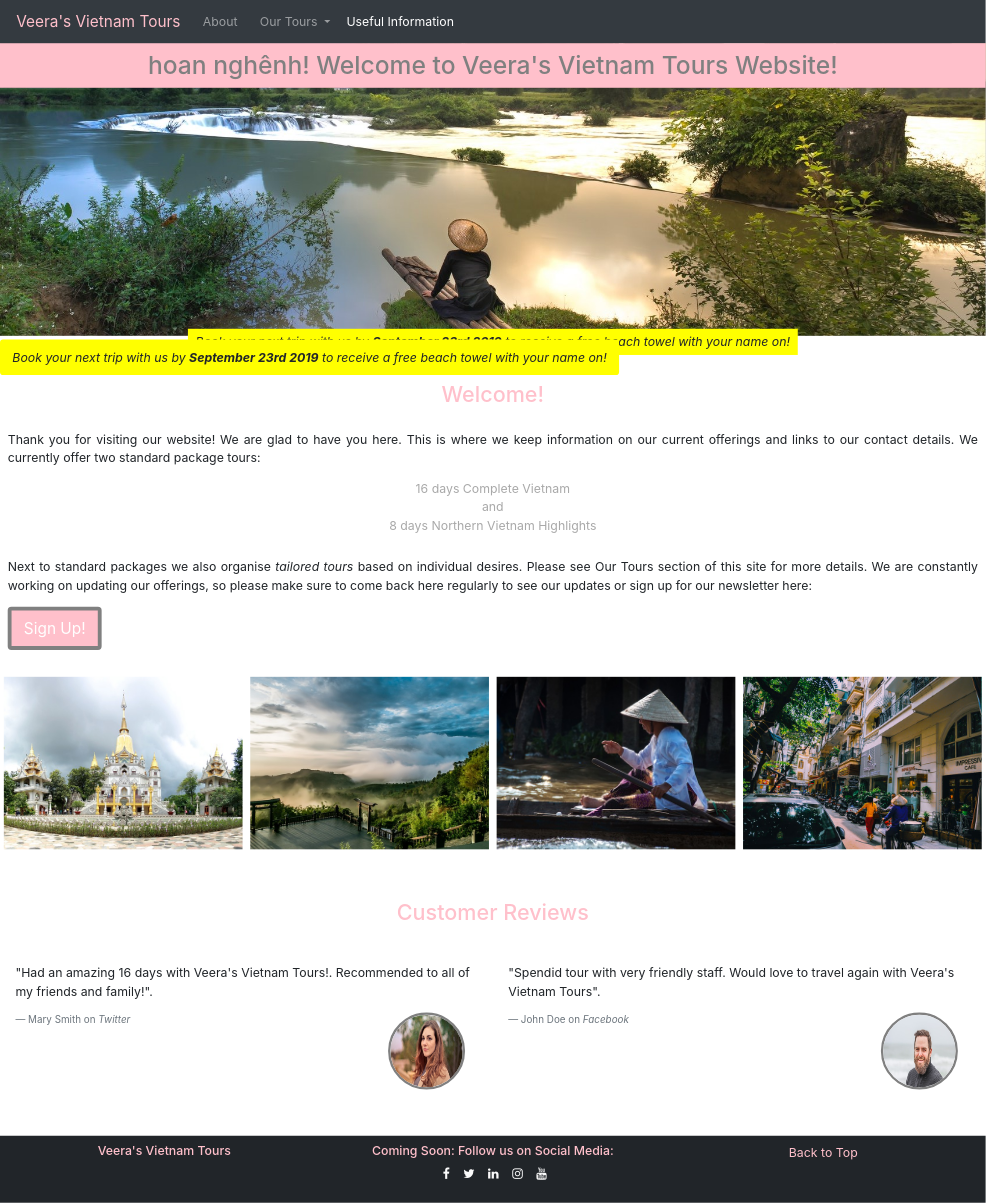
Repository: VAhola/VietnamTour
Page: index.html
The author's editor kept a record of every edit. The page is drawn from the files as they stood at one moment, then again after the next edit.
The browser window is 1280 px wide. The pictures show the whole page, at 77% of full size.

Above is the page before.

### index.html
<!DOCTYPE html>
<html lang="en">
<head>
    <meta charset="UTF-8">
    <meta name="viewport" content="width=device-width, initial-scale=1.0">
    <meta http-equiv="X-UA-Compatible" content="ie=edge">
    <link rel="stylesheet" href="https://stackpath.bootstrapcdn.com/bootstrap/4.3.1/css/bootstrap.min.css" type="text/css" />
    <link rel="stylesheet" href="https://stackpath.bootstrapcdn.com/font-awesome/4.7.0/css/font-awesome.min.css" type="text/css" />
    <link rel="stylesheet" href="style.css" type="text/css" />
    <title>Vietnam Project</title>
</head>
<body>


<!--Nav-->

<nav class="navbar navbar-dark navbar-expand-sm bg-dark top">
    <a href="index.html" class="navbar-brand title">Veera's Vietnam Tours</a>
    <button class="navbar-toggler ml-auto" type="button" data-toggle="collapse" data-target="#navbarNavDropdown" aria-controls="navbarNavDropdown" aria-expanded="false" aria-label="Toggle navigation">
        <span class="navbar-toggler-icon"></span>
    </button>
    <div class="collapse navbar-collapse" id="navbarNavDropdown">
        <ul class="navbar-nav mr-auto">
            <li class="nav-item mr-2"><a class="nav-link" href="about.html">About</a></li>
            <li class="nav-item dropdown">
                <a class="nav-link dropdown-toggle" href="#" id="navbarDropdownMenuLink" role="button" data-toggle="dropdown" aria-haspopup="true" aria-expanded="false">
                  Our Tours
                </a>
                    <div class="dropdown-menu" aria-labelledby="navbarDropdownMenuLink">
                        <a class="dropdown-item" href="16d.html">16 Day Complete Vietnam</a>
                        <a class="dropdown-item" href="8d.html">8 Days Vietnam at glance</a>
                        <a class="dropdown-item" href="#">Customised Tours</a>
                    </div>
            </li>
            <li class="active nav-item mr-2"><a class="nav-link" href="Info.html">Useful Information</a></li>
        </ul>
    </div>
</nav>

<!-- /.nav -->

<!--Banner-->

<div class="section1">
    <h2 class="intro">
     hoan nghênh! Welcome to Veera's Vietnam Tours Website!
    </h2>
 </div>

<!-- /.banner -->

<div class=container4>
  <p><em>Book your next trip with us by <strong>September 23rd 2019</strong>  to receive a free beach towel with your name on!</em></p>
</div>

<div class="alert towel"><em>Book your next trip with us by <strong>September 23rd 2019</strong>  to receive a free beach towel with your name on!</em></div>


<div>
      <h3> Welcome!</h3>
<div class="desth">


     <p>Thank you for visiting our website! We are glad to have you here.
     This is where we keep information on our current offerings and links to our contact details.
    We currently offer two standard package tours:</p>
    <div class="tours">
        <p class="compact">16 days Complete Vietnam </p>
        <p class="compact">and</p>
        <p class="compact">8 days Northern Vietnam Highlights</p>
    </div>

     <p>Next to standard packages we also organise <em>tailored tours</em> based on individual desires. Please see Our Tours section of this site for more details. We are constantly working on updating our offerings, so please make sure to come back here regularly to see our updates or sign up for our newsletter here:
<br>

    <p><button class="btn btn-lg btn-success1" data-toggle="modal" data-target="#signUpModal">Sign Up!</button></p>
     </div>

</div>


<div class="gallery">
<figure class="gallery_item gallery__item1">
    <img src="Assets/pictures/pagoda-704657_640.jpg" class="gallery__img" alt="Image 1">
</figure>
<figure class="gallery__item gallery__item--2">
    <img src="Assets/pictures/pagoda-2096468_640.jpg" class="gallery__img" alt="Image 2">
</figure>
<figure class="gallery__item gallery__item--3">
    <img src="Assets/pictures/vietnam-630445_640.jpg" class="gallery__img" alt="Image 3">
    </figure>
<figure class="gallery__item gallery__item--4">
    <img src="Assets/pictures/architecture-buildings-car-1004122.jpg" class="gallery__img" alt="Image 4">
    </figure>

 </div>

       <h3>Customer Reviews</h3>


<div class="clearfix">
  <div class="box">
        <div>
          <p>"Had an amazing 16 days with Veera's Vietnam Tours!. Recommended to all of my friends and family!".</p>
          <img src="Assets/pictures/beautiful-blur-blurred-background-733872.jpg" class="rounded-circle mr-3 d-none d-sm-block quote" alt="young woman" height=100 width=100>
          <footer class="blockquote-footer">Mary Smith on <cite title="Twitter">Twitter</cite></footer>
        </div>
  </div>
  <div class="box">
          <div>
          <p>"Spendid tour with very friendly staff. Would love to travel again with Veera's Vietnam Tours".</p>
          <img src="Assets/pictures/adult-beach-casual-736716.jpg" class="rounded-circle mr-3 d-none d-sm-block quote" alt="young man" height=100 width=100>
          <footer class="blockquote-footer">John Doe on <cite title="Facebook">Facebook</cite></footer>
      </div>
  </div>
</div>

 <footer class="container-fluid site">
        <div id="footer-details" class="row">
            <div class="col-sm-4 center">
                 <h6>Veera's Vietnam Tours</h6>
            </div>
            <div class="col-sm-4 center">
                <h6 class="inline-block center">Coming Soon: Follow us on Social Media:</h6>
                <ul class="list-inline center">
                    <li class="list-inline-item">
                        <a target="_blank" href="#">
                            <i class="fa fa-facebook" aria-hidden="true"></i>
                            <span class="sr-only">Facebook</span>
                        </a>
                    </li>
                    <li class="list-inline-item">
                        <a target="_blank" href="#">
                            <i class="fa fa-twitter" aria-hidden="true"></i>
                            <span class="sr-only">Twitter</span>
                        </a>
                    </li>
                    <li class="list-inline-item">
                        <a target="_blank" href="#">
                            <i class="fa fa-linkedin" aria-hidden="true"></i>
                            <span class="sr-only">LinkedIn</span>
                        </a>
                    </li>
                    <li class="list-inline-item">
                        <a target="_blank" href="#">
                            <i class="fa fa-instagram" aria-hidden="true"></i>
                            <span class="sr-only">Instagram</span>
                        </a>
                    </li>
                    <li class="list-inline-item">
                        <a target="_blank" href="#">
                            <i class="fa fa-youtube" aria-hidden="true"></i>
                            <span class="sr-only">YouTube</span>
                        </a>
                    </li>
                </ul>
            </div>
           <div class="col-sm-4 center">
                <a href="#top" style="color:pink">Back to Top</a>
            </div>
        </div>
 </footer>

    <script src="https://code.jquery.com/jquery-3.3.1.slim.min.js" integrity="sha384-q8i/X+965DzO0rT7abK41JStQIAqVgRVzpbzo5smXKp4YfRvH+8abtTE1Pi6jizo" crossorigin="anonymous"></script>
    <script src="https://cdnjs.cloudflare.com/ajax/libs/popper.js/1.14.3/umd/popper.min.js" integrity="sha384-ZMP7rVo3mIykV+2+9J3UJ46jBk0WLaUAdn689aCwoqbBJiSnjAK/l8WvCWPIPm49" crossorigin="anonymous"></script>
    <script src="https://stackpath.bootstrapcdn.com/bootstrap/4.1.3/js/bootstrap.min.js" integrity="sha384-ChfqqxuZUCnJSK3+MXmPNIyE6ZbWh2IMqE241rYiqJxyMiZ6OW/JmZQ5stwEULTy" crossorigin="anonymous"></script>

</body>
</html>

### style.css
html {
    border: none;
}

/*------------- Styling the header -----------*/

.header {
    background-color: #4F4F4F;
    background-position: center;
    text-align: center;
    background-size: cover;
    color: #fafafa;
    margin:0;
    padding-bottom: 10px;
    padding-top: 10px;

}


.button {
    color: white;
}


.navbar-dark .navbar-brand {
    color: pink;

}

.dropdown-menu {
    background-color: #4F4F4F;
}

.dropdown-item {
    color: #b9bec3;
}


a {
    color:#fafafa;
    margin-left: 5px;
}

.section1 {
    background-size: cover;
    text-align: center;
    background-image: url(Assets/pictures/bamboo-boat-clouds-cloudscape-2132098.jpg);
    background-repeat: no-repeat;
    min-height: 380px;
    color: black;
    padding: 0px;
    background-position-y: bottom;
    background-position-x: center;
    background-color: darkgray;
}

.intro {
    background-color: pink;
    padding: 10px 5px;
    color: gray;
}

.intro1 {
    background-color: pink;
    padding: 10px 5px;
    color: gray;
    margin-bottom: 0px;
}

.welcome {
    padding:10px 5px;
}

h2 {
    color: gray;
    text-align: center;
    padding-bottom:20px;
    padding-top: 20px;
}

h3{
    color: PINK;
    text-align: center;
    padding-bottom:20px;
    padding-top: 20px;
}

h5 {
    color: pink;
    text-align: center;
    margin-top: 20px;
    margin-bottom: 10px;
    text-decoration: underline;
}


li {
    list-style: none;
    text-align: center
}

img.quote {
    border-style: solid;
    border-color: gray;
    float: right;
}

dl, ol, ul {
    margin-top: 0;
    margin-bottom: 1rem;
    padding: 0;
}

.tours {
    color:darkgray;
    text-align:center;
    margin-bottom:30px;
}

.section3 {
    background-size: cover;
    text-align: center;
    color: black;
}


.about_us {
    text-align: justify;
    margin-left: 10px;
    margin-right: 10px;
}

.contacts {
    margin-left: 20px;
    margin-right: 10px;
}

.compact {
    margin: 0;
}

.man {
    background-image: url(Assets/pictures/hanoi-man-market-1004123.jpg);

}

.btn-success1 {
    color: #fff;
    background-color: pink;
    border-color: gray;
    border-width: thick;
}


.towel {
 text-align:center;
 padding-left:15px;
 padding-right:15px;
 background-color: yellow;
 display: unset;
}

div.container4 {
    height: 1em;
    position: relative;

}
div.container4 p {
    margin: 0;
    background: yellow;
    position: absolute;
    top: 50%;
    left: 50%;
    margin-right: -50%;
    transform: translate(-50%, -50%);
    display:unset;
    padding: 5px 10px;

}

* {
  box-sizing: border-box;
}

div.box {
  float: left;
  width: 50%;
  padding: 20px;
}

div.center {
    text-align: center;
}

.clearfix::after {
  content: "";
  clear: both;
  display: table;
  padding: 20px;
}

.internary16 {
    text-align: left;
    margin: 10px 20px;
    align-content: center;
    text-align: justify;
}

.right {
    height:200px;
    word-break: break-word;
    float:right;
    margin: 5px;
}

.left {
    height:200px;
    word-break: break-word;
    float:left;
    margin: 5px;
}

.woman {
    float: right;
}


article {
    margin: 5px;
}

img.iten_right {
    border: 1px solid #ddd;
    border-radius: 4px;
    padding: 5px;
    width: 300px;
    margin-left: 10px;
}

img.iten_left {
    border: 1px solid #ddd;
    border-radius: 4px;
    padding: 5px;
    width: 300px;
    margin-right: 10px;
}

img.map_right {
    border: 1px solid #ddd;
    border-radius: 4px;
    width: 220px;
    margin:20px 10px;
}

.info_left {
    border: 3px solid #ddd;
    border-radius: 4px;
    width: 220px;
    margin-right:10px;
}

.info_right {
    border: 2px solid #ddd;
    border-radius: 4px;
    width: 220px;
    margin-left:10px;
}

banner2 {
    display: inline-block;
}

.gallery1 {
    display: grid;
    grid-template-columns: repeat(3, 1fr);
    padding-top:0px;
    margin: 0px;
}

.section2 {
    background-size: cover;
    text-align: center;
    background-image: url(Assets/pictures/chaly-pavement-road-2044867.jpg);
    background-repeat: no-repeat;
    min-height: 380px;
    color: black;
    padding: 0px;
    background-position-y: bottom;
    background-position-x: center;
}

.section4 {
    background-size: cover;
    text-align: center;
    background-image: url(Assets/pictures/chaly-pavement-road-2044867.jpg);
    background-repeat: no-repeat;
    min-height: 380px;
    color: black;
    padding: 0px;
    background-position-y: bottom;
    background-position-x: center;
}

.section5 {
    background-size: cover;
    text-align: center;
    background-image: url(Assets/pictures/IMG-20190712-WA0006_a.jpg);
    background-repeat: no-repeat;
    min-height: 380px;
    color: black;
    padding: 0px;
    background-position-y: bottom;
    background-position-x: center;
}

.dest {
    margin-left: 10px;
    margin-right: 10px;
    padding: 10px;
    text-align: justify;
}

.info {
    margin-top:20px;
}
.desth {
    margin-left: 10px;
    margin-right: 10px;
    text-align:justify;
}

.ready {
    background-clip: white;
    margin-left: 10px;
    margin-right: 10px;
}

.grid-container-new {
  display: grid;
  justify-content: space-evenly;
  grid-template-columns: 25% 25% 25%; /*Make the grid smaller than the container*/
  grid-gap: 5px;
  padding: 10px;
}

.grid-container {
  display: grid;
  justify-content: space-evenly;
  grid-template-columns: 80% 20%; /*Make the grid smaller than the container*/
  grid-gap: 5px;
  padding: 10px;
}

.grid-item {
  background-color: rgba(255, 255, 255, 0.8);
  border: 1px solid rgba(0, 0, 0, 0.8);
  padding: 20px;
  font-size: 30px;
  text-align: center;
}

.gallery {
    display: grid;
    grid-template-columns: repeat(4, 1fr);
    grid-gap: 10px;
    padding-top:5px;
    margin: 30px 5px;
}

.gallery__img {
    width: 100%;
    height: 100%;
    object-fit: cover;
}

.people {
    display: grid;
    grid-template-columns: repeat(2, 1fr);
    grid-gap: 10px;
    margin-left: 5px;
    margin-right: 5px;
    padding-top:5px;
}

.people__img {
    width: 100%;
    height: 100%;
    object-fit: cover;
}


.header5 {
    color: pink;
    text-decoration: underline;
}

footer.site {
    background-color: #212529;
    color: pink;
    background-size: cover;
    margin-bottom: 0;
    padding-bottom: 10px;
    padding-top: 10px;
}

.bottom {
    margin-bottom: 0;
}
/* media queries */

@media (max-width:767px) {
    body {
    font-size:small;
    }
    .review{
    text-align:center;
    padding:20px 10px;
    margin-bottom:40px;
    display:inline;
    font-size:smaller;
    }
    h1{
    font-size:small;
    }
    h2 {
        font-size:smaller;
    }
    em {
    font-size: x-small;
    }

    img.map_right {
    border: 1px solid #ddd;
    border-radius: 4px;
    width: 130px;
    margin-left: 10px;
    }

    img.iten_left{
    width: 50px;
    }

    .section2 {
    background-size: cover;
    text-align: center;
    background-image: url(Assets/pictures/chaly-pavement-road-2044867.jpg);
    background-repeat: no-repeat;
    min-height: 180px;
    color: black;
    padding: 0px;
    background-position-y: bottom;
    background-position-x: center;
    }
    .section1 {
    background-size: cover;
    text-align: center;
    background-image: url(Assets/pictures/bamboo-boat-clouds-cloudscape-2132098.jpg);
    background-repeat: no-repeat;
    min-height: 180px;
    color: black;
    padding: 0px;
    background-position-y: bottom;
    background-position-x: center;
    background-color: darkgray;
}
.section5 {
    background-size: cover;
    text-align: center;
    background-image: url(Assets/pictures/IMG-20190712-WA0006_a.jpg);
    background-repeat: no-repeat;
    min-height: 180px;
    color: black;
    padding: 0px;
    background-position-y: bottom;
    background-position-x: center;
}
}

@media (min-width: 768px) and (max-width: 991px) {
}
    .review {
    text-align:center;
    padding:20px 10px;
    margin-bottom:40px;
    display:flex;
    }
}

@media (min-width: 992px) and (max-width: 1800px) {
    .review{
    text-align:center;
    padding:20px 10px;
    margin-bottom:40px;
    margin-left: 20px;
    margin-right: 20px;
    display:inline-flex;
    }
}

After the next edit:
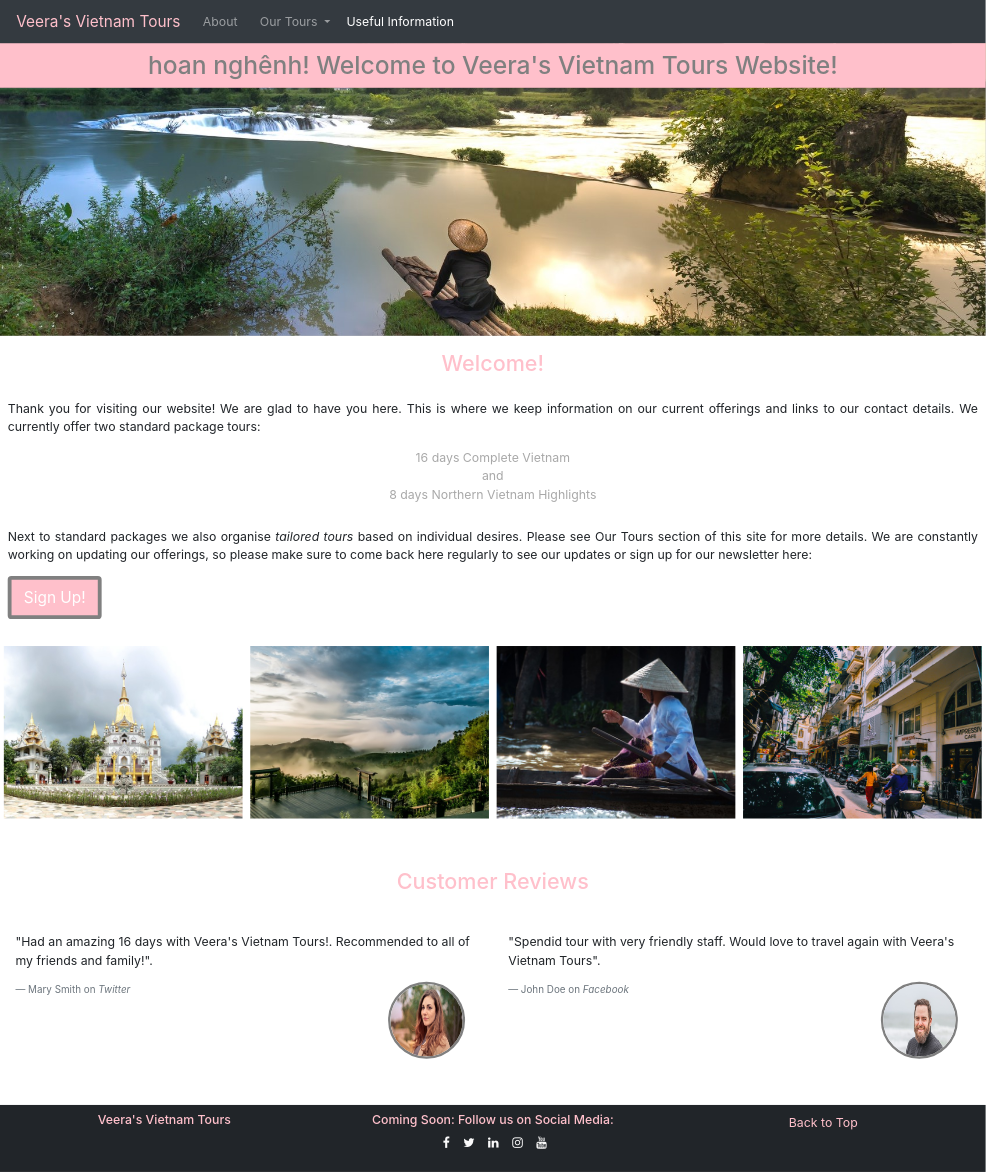
The edit:
--- a/index.html
+++ b/index.html
@@ -49,11 +49,7 @@
 
 <!-- /.banner -->
 
-<div class=container4>
-  <p><em>Book your next trip with us by <strong>September 23rd 2019</strong>  to receive a free beach towel with your name on!</em></p>
-</div>
 
-<div class="alert towel"><em>Book your next trip with us by <strong>September 23rd 2019</strong>  to receive a free beach towel with your name on!</em></div>
 
 
 <div>
